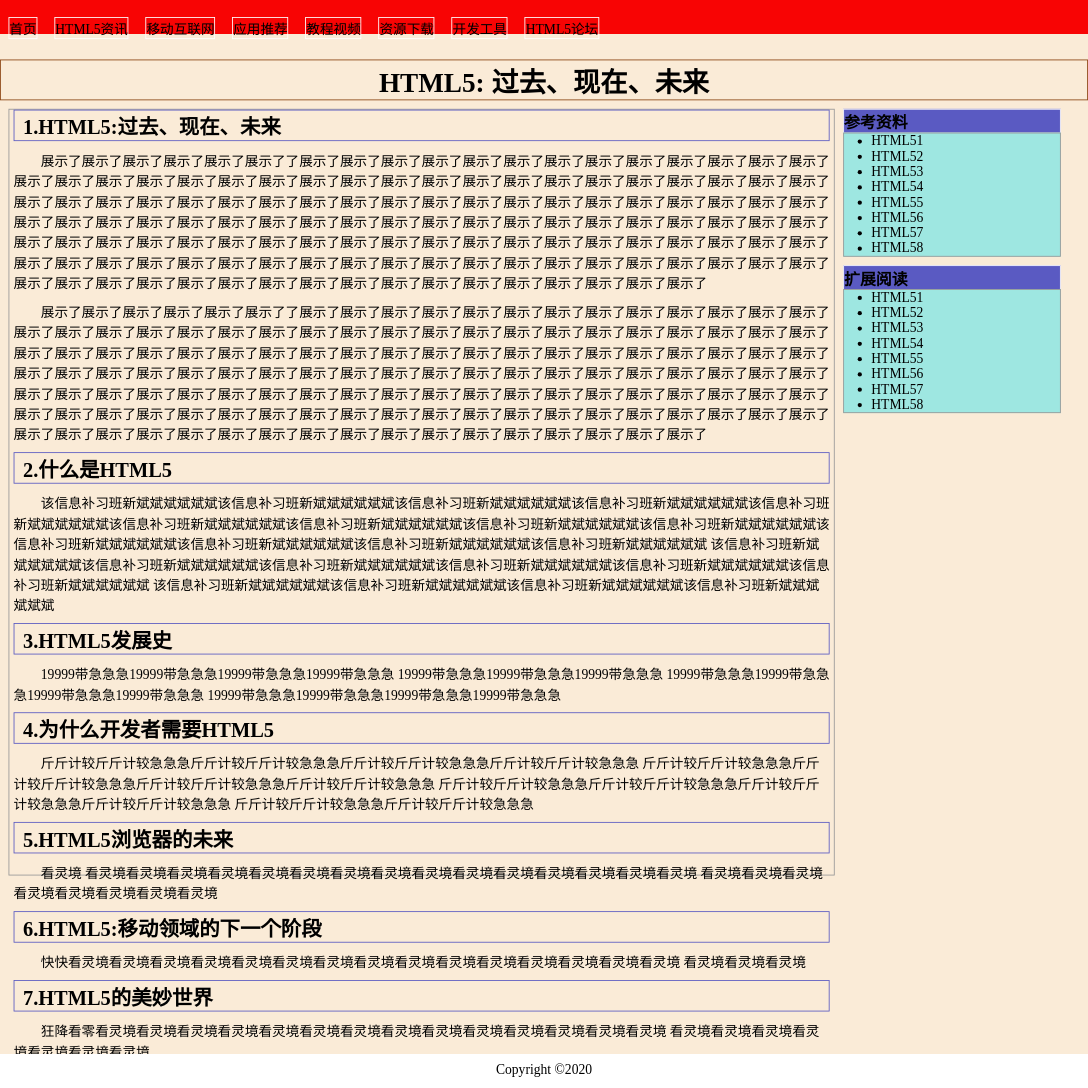
Repository: LstHeart/html-learning
Page: css/案例作业2.html
The author's editor kept a copy of each file at every save. The page is drawn from the files as they stood at one save, then again after the next save.
The browser window is 1280 px wide. The pictures show the whole page, at 85% of full size.

Above is the page before, as saved 2021-01-05 22:44:59.

After the next save:
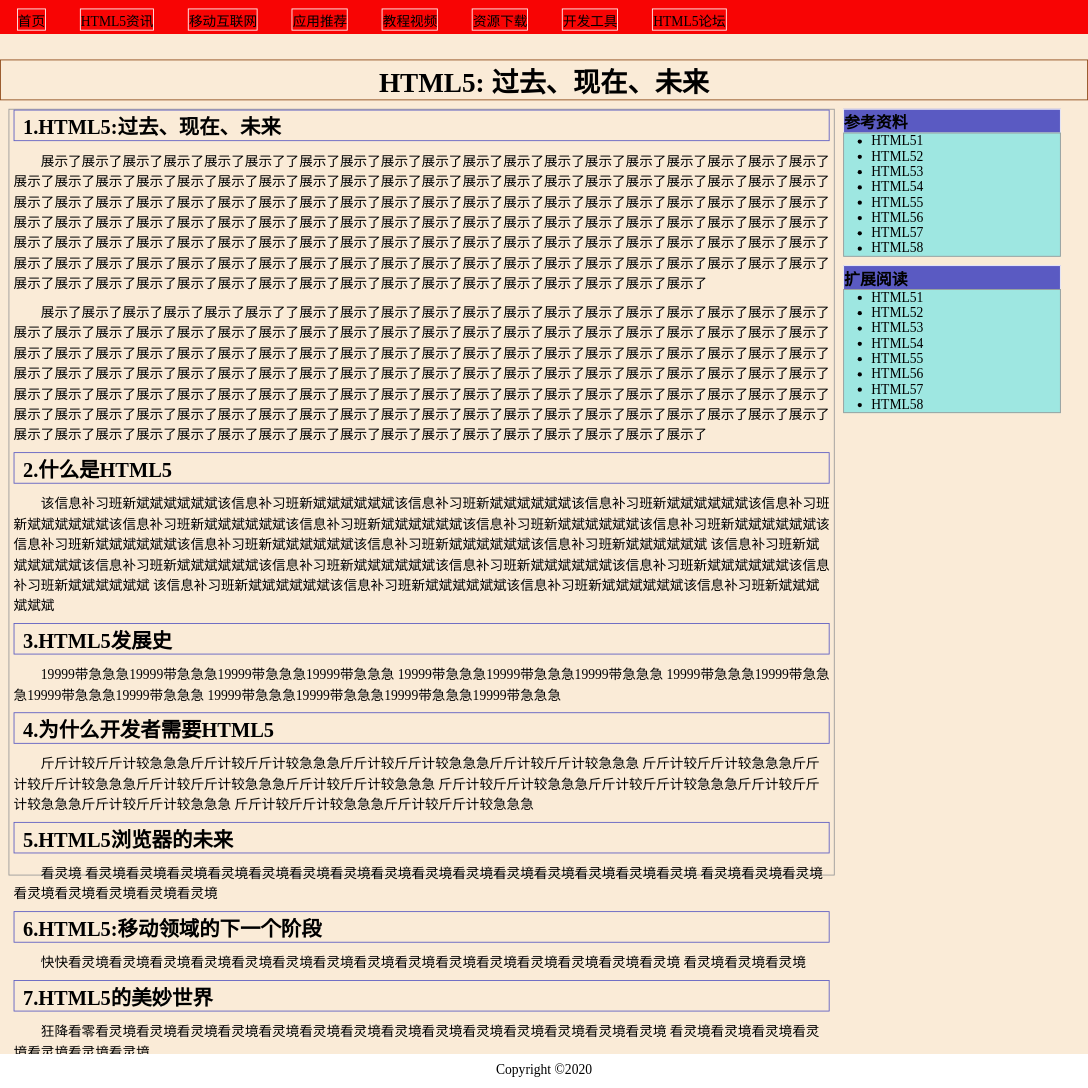
Saved 11 s later.
--- a/css/html5.css
+++ b/css/html5.css
@@ -22,7 +22,7 @@ a{
 }
 .header li{
     float: left;
-    margin:20px 10px;
+    margin:10px 20px;
     border:#fff solid 1px;
 
 }
